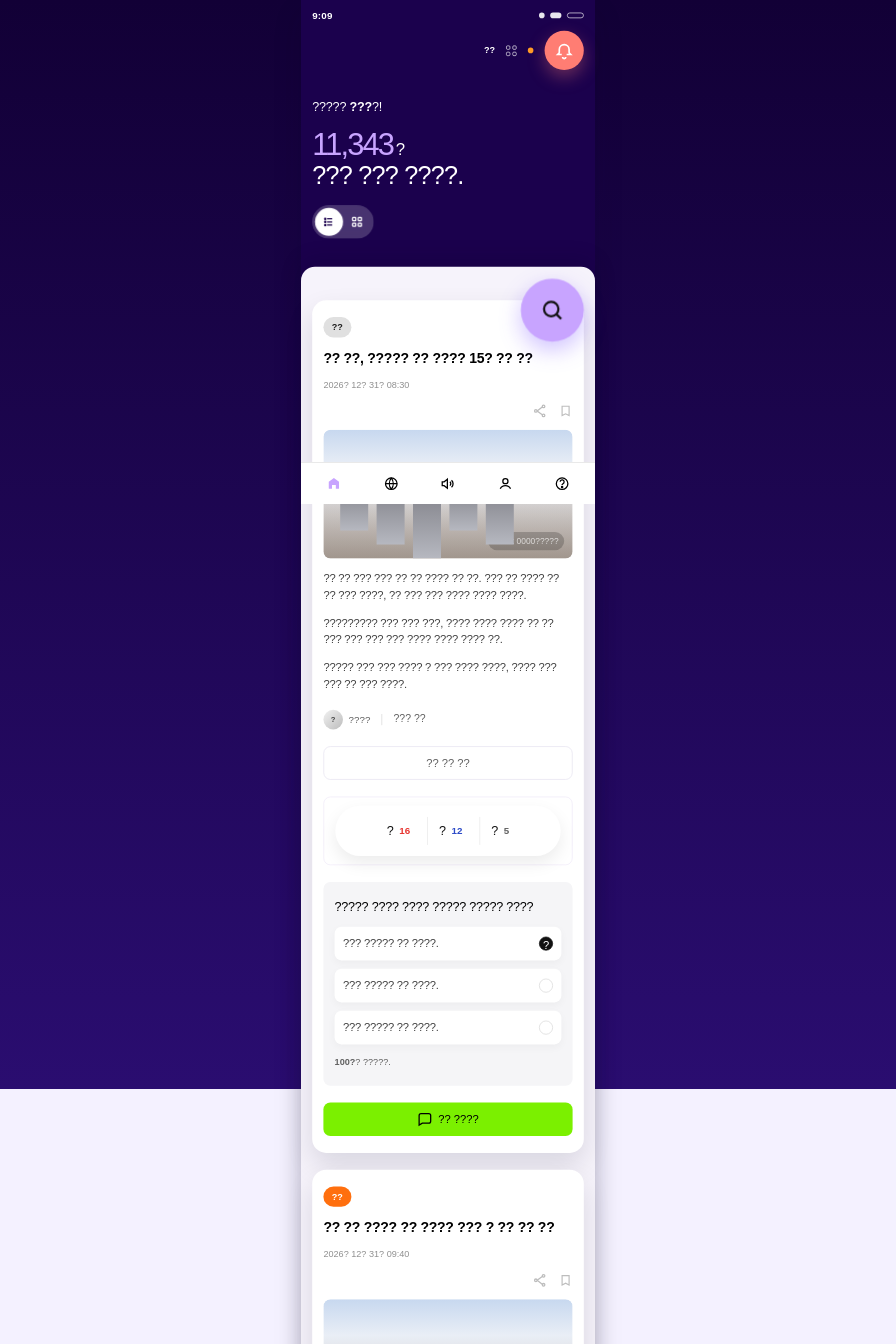
Repository: hanhyochan/NewsRoll
Page: /
These files come from the project's save history. The page is drawn as it stood at one moment and after the next save; the edit follows.
The browser window is 1280 px wide. The pictures show the part of the page from y = 0 to 1920 px (the page is 4095 px tall before and 4293 px after), at 70% of full size.
The project was rebuilt for these pictures with package versions that can differ from the ones it lists, and the page was loaded fresh each time. The framework's server and built-in components were replaced by stand-ins that run in the browser. Also part of the build but not shown: next.config.mjs.

Above is the page before, as saved 2026-03-31 17:29:37.

### src/app/layout.tsx
import type { Metadata } from 'next';
import './globals.css';

export const metadata: Metadata = {
    title: '뉴스를 읽자. - 뉴스롤',
    description: '뉴스가 어려운 사람들을 위한 뉴스 앱, 뉴스롤',
};

export default function RootLayout({ children }: Readonly<{ children: React.ReactNode }>) {
    return (
        <html lang="ko">
            <body>{children}</body>
        </html>
    );
}

### src/app/page.tsx
import { MobileFrame } from "@/components/layout/mobile-frame";
import { NewsHomeScreen } from "@/components/news/news-home-screen";

export default function HomePage() {
  return (
    <MobileFrame>
      <NewsHomeScreen />
    </MobileFrame>
  );
}

### src/app/globals.css
@import "tailwindcss";

:root {
  --background: #f4f1ff;
  --foreground: #111111;
  --surface: #ffffff;
  --surface-muted: #f5f5f7;
  --brand-deep: #1b014d;
  --brand-mid: #7952ff;
  --brand-soft: #c8a4ff;
  --brand-accent: #ff7d73;
  --brand-lime: #7bf000;
  --text-muted: #8f8f8f;
  --line: #e6e2ef;
  --shadow-card: 0 18px 40px rgba(9, 2, 35, 0.12);
  --shadow-float: 0 12px 32px rgba(121, 82, 255, 0.35);
}

* {
  box-sizing: border-box;
}

html {
  background: linear-gradient(180deg, #120036 0%, #2a0d70 38%, #f4f1ff 38%, #f4f1ff 100%);
}

body {
  margin: 0;
  min-height: 100vh;
  color: var(--foreground);
  font-family: "Pretendard", "Noto Sans KR", sans-serif;
  background: transparent;
}

a {
  color: inherit;
  text-decoration: none;
}

button,
input {
  font: inherit;
}

@layer utilities {
  .text-balance {
    text-wrap: balance;
  }
}

### src/components/layout/mobile-frame.tsx
import type { ReactNode } from "react";

type MobileFrameProps = {
  children: ReactNode;
};

export function MobileFrame({ children }: MobileFrameProps) {
  return <main className="mx-auto min-h-screen w-full max-w-[420px] bg-[var(--brand-deep)] shadow-[var(--shadow-card)]">{children}</main>;
}

### src/lib/mock-news.ts
import type { NewsCard } from "@/types/news";

export const heroNews: NewsCard[] = [
  {
    category: "??",
    categoryTone: "neutral",
    title: "?? ??, ????? ?? ???? 15? ?? ??",
    publishedAt: "2026? 12? 31? 08:30",
    summary: [
      "?? ?? ??? ??? ?? ?? ???? ?? ??. ??? ?? ???? ?? ?? ??? ????, ?? ??? ??? ???? ???? ????.",
      "????????? ??? ??? ???, ???? ???? ???? ?? ?? ??? ??? ??? ??? ???? ???? ???? ??.",
      "????? ??? ??? ???? ? ??? ???? ????, ???? ??? ??? ?? ??? ????.",
    ],
    publisher: "????",
    reporter: "??? ??",
    reactions: [
      { label: "???", count: 16, tone: "positive" },
      { label: "???", count: 12, tone: "negative" },
      { label: "???", count: 5, tone: "neutral" },
    ],
    pollQuestion: "????? ???? ???? ????? ????? ????",
    pollChoices: [
      { label: "??? ????? ?? ????.", selected: true },
      { label: "??? ????? ?? ????." },
      { label: "??? ????? ?? ????." },
    ],
    pollCount: 100,
  },
  {
    category: "??",
    categoryTone: "orange",
    title: "?? ?? ???? ?? ???? ??? ? ?? ?? ??",
    publishedAt: "2026? 12? 31? 09:40",
    summary: [
      "?? ?? ??? ?? ???? ????? ???? ???? ???? ?? ?? ???? ??.",
      "????? ??? ??? ????? ??? ??? ??? ??? ?? ???? ??? ?? ??.",
      "?? ??? ?? ??? ?? ???? ?? ?? ?? ??? ??? ????? ??? ????.",
    ],
    publisher: "????",
    reporter: "??? ??",
    reactions: [
      { label: "???", count: 21, tone: "positive" },
      { label: "???", count: 4, tone: "negative" },
      { label: "???", count: 7, tone: "neutral" },
    ],
    pollQuestion: "? ?? ??? ?? ?? ?? ???? ??????",
    pollChoices: [
      { label: "?? ???? ??? ???? ??.", selected: true },
      { label: "???? ??? ???." },
    ],
    pollCount: 100,
  },
  {
    category: "IT??",
    categoryTone: "brown",
    title: "AI ?? ??? ?? ??, ??? ?? ?? ?? 18% ??",
    publishedAt: "2026? 12? 31? 11:10",
    summary: [
      "?? ????? ?? ?? ??? ?????? ??? ???? ?? ?? ??? ? ????? ??.",
      "?? ??? ?? ???? ?? ???? ??? ????? ?? ?? ??? ???? ??? ?? ??? ????.",
      "????? ??? ?? ???? ?? ???? ??? ??? ???? ???? ????.",
    ],
    publisher: "????",
    reporter: "??? ??",
    reactions: [
      { label: "???", count: 32, tone: "positive" },
      { label: "???", count: 8, tone: "negative" },
      { label: "???", count: 11, tone: "neutral" },
    ],
    pollQuestion: "??? ??? ?? ?? ???? ???? ?????",
    pollChoices: [
      { label: "???", selected: true },
      { label: "???" },
    ],
    pollCount: 100,
  },
];

Loaded but not shown: src/components/news/news-home-screen.tsx (487 lines, source omitted)

After the next save:
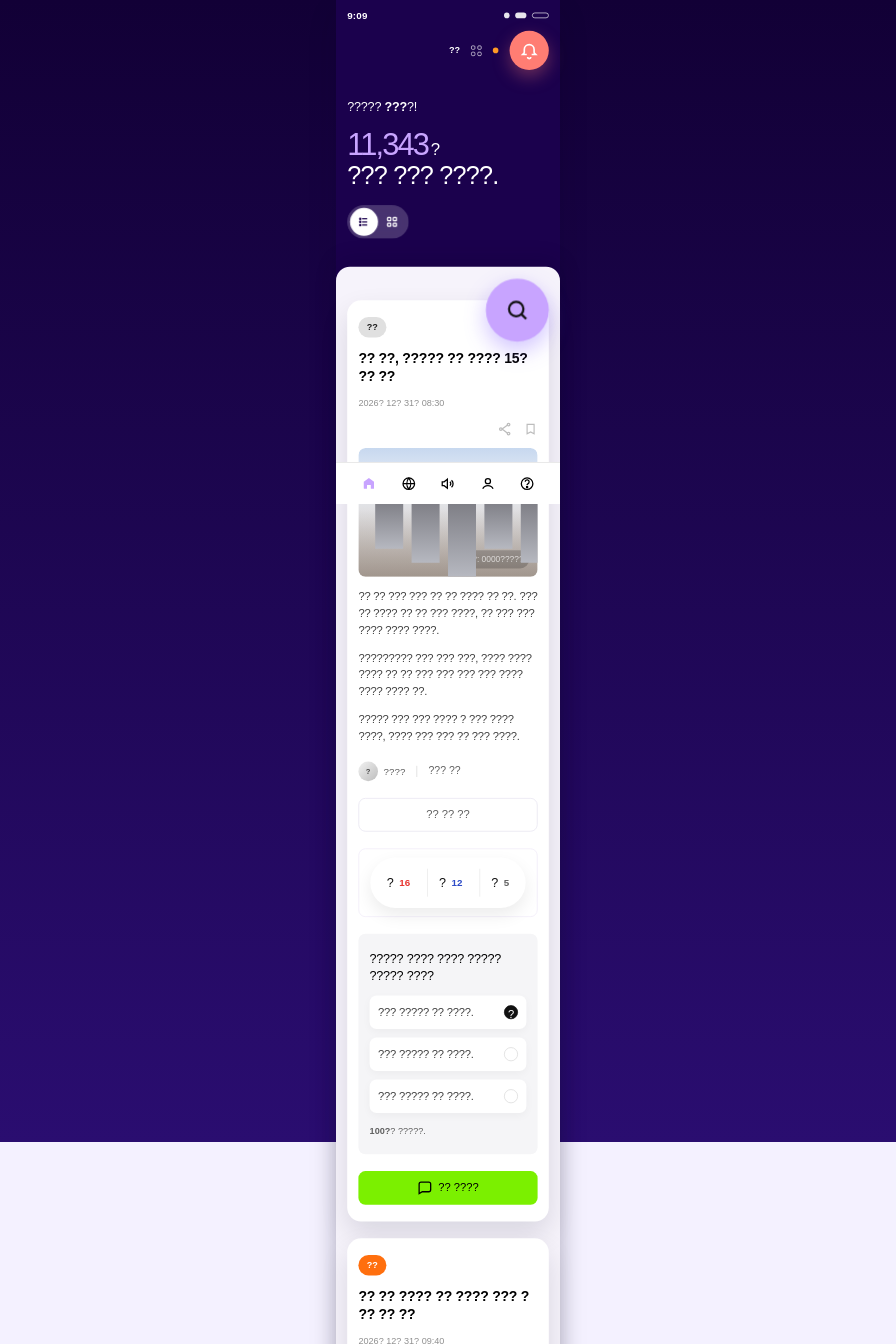
Saved 11 min 27 s later.
--- a/src/components/layout/mobile-frame.tsx
+++ b/src/components/layout/mobile-frame.tsx
@@ -1,9 +1,13 @@
-import type { ReactNode } from "react";
+import type { ReactNode } from 'react';
 
 type MobileFrameProps = {
-  children: ReactNode;
+    children: ReactNode;
 };
 
 export function MobileFrame({ children }: MobileFrameProps) {
-  return <main className="mx-auto min-h-screen w-full max-w-[420px] bg-[var(--brand-deep)] shadow-[var(--shadow-card)]">{children}</main>;
+    return (
+        <main className="mx-auto min-h-screen w-full max-w-[320px] bg-[var(--brand-deep)] shadow-[var(--shadow-card)]">
+            {children}
+        </main>
+    );
 }

After the save that followed:
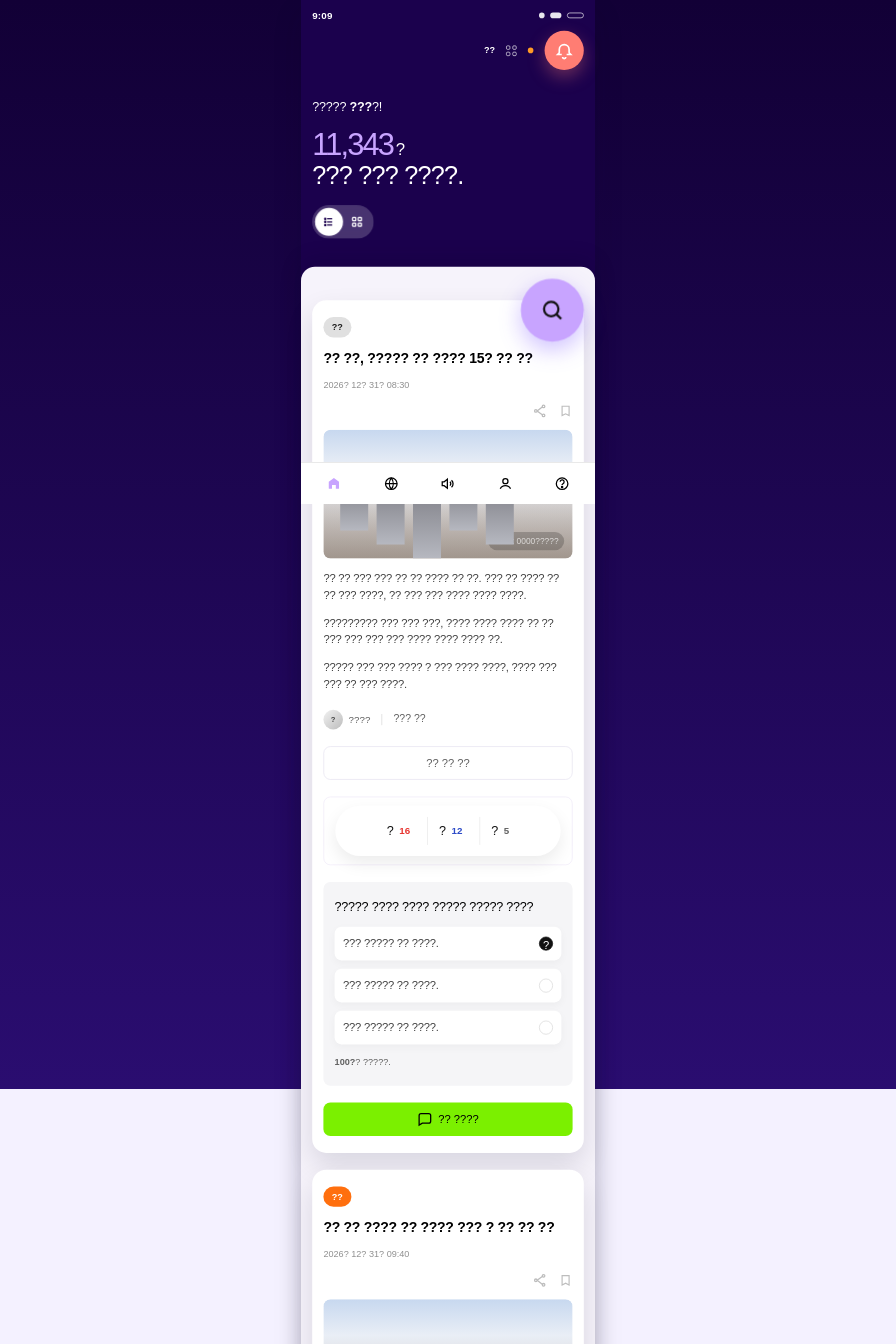
Saved 5 s later.
--- a/src/components/layout/mobile-frame.tsx
+++ b/src/components/layout/mobile-frame.tsx
@@ -6,7 +6,7 @@
 
 export function MobileFrame({ children }: MobileFrameProps) {
     return (
-        <main className="mx-auto min-h-screen w-full max-w-[320px] bg-[var(--brand-deep)] shadow-[var(--shadow-card)]">
+        <main className="mx-auto min-h-screen w-full max-w-[420px] bg-[var(--brand-deep)] shadow-[var(--shadow-card)]">
             {children}
         </main>
     );
